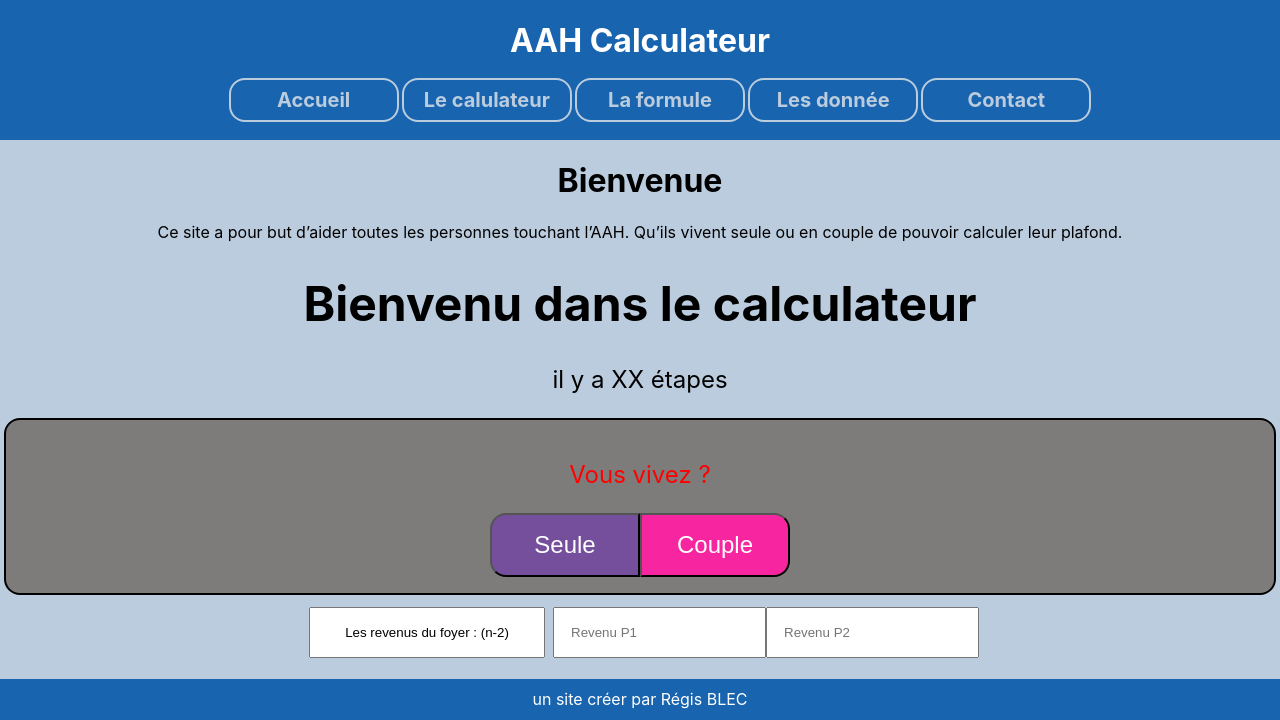
Repository: Cide74/calculateur-aah
Page: /
These files come from the project's save history. The page is drawn as it stood at one moment and after the next save; the edit follows.
The browser window is 1280 px wide. The pictures show the whole page.
The project was rebuilt for these pictures with package versions that can differ from the ones it lists, and the page was loaded fresh each time.

Above is the page before, as saved 2021-04-05 19:49:00.

### public/index.html
<!DOCTYPE html>
<html lang="fr">
  <head>
    <meta charset="utf-8" />
    <link rel="icon" href="%PUBLIC_URL%/logoAAH.ico" />
    <meta name="viewport" content="width=device-width, initial-scale=1" />
    <meta name="theme-color" content="#000000" />
    <meta
      name="description"
      content="Web site created using create-react-app"
    />
    <link rel="apple-touch-icon" href="%PUBLIC_URL%/logoAAH.jpg" />
    <!--
      manifest.json provides metadata used when your web app is installed on a
      user's mobile device or desktop. See https://developers.google.com/web/fundamentals/web-app-manifest/
    -->
    <link rel="manifest" href="%PUBLIC_URL%/manifest.json" />
    <!--
      Notice the use of %PUBLIC_URL% in the tags above.
      It will be replaced with the URL of the `public` folder during the build.
      Only files inside the `public` folder can be referenced from the HTML.

      Unlike "/favicon.ico" or "favicon.ico", "%PUBLIC_URL%/favicon.ico" will
      work correctly both with client-side routing and a non-root public URL.
      Learn how to configure a non-root public URL by running `npm run build`.
    -->
    <title>React App</title>
  </head>
  <body>
    <noscript>You need to enable JavaScript to run this app.</noscript>
    <div id="root"></div>
    <!--
      This HTML file is a template.
      If you open it directly in the browser, you will see an empty page.

      You can add webfonts, meta tags, or analytics to this file.
      The build step will place the bundled scripts into the <body> tag.

      To begin the development, run `npm start` or `yarn start`.
      To create a production bundle, use `npm run build` or `yarn build`.
    -->
  </body>
</html>

### src/index.css
body {
  margin: 0;
  font-family: -apple-system, BlinkMacSystemFont, 'Segoe UI', 'Roboto', 'Oxygen',
    'Ubuntu', 'Cantarell', 'Fira Sans', 'Droid Sans', 'Helvetica Neue',
    sans-serif;
  -webkit-font-smoothing: antialiased;
  -moz-osx-font-smoothing: grayscale;







  background-color:#BBCCDE;
  background-color:#1864AF;
}

code {
  font-family: source-code-pro, Menlo, Monaco, Consolas, 'Courier New',
    monospace;
}

### src/App.js
import Header from './components/Header/Header';
import Menu from './components/Menu/Menu';
import Main from './components/Main/Main';
import Footer from './components/Footer/Footer';

import './App.scss';

function App() {
  return (
    <div className="App">
      <Header />
      <Menu />
      <Main />
      <Footer />
    </div>
  );
}

export default App;

### src/components/Header/Header.js
//import Menu from '../Menu/Menu';
import './Header.scss';

export default function Header() {
  return (
    <div className="header">
      <h1 className="header-title">AAH Calculateur</h1>

    </div>
  );
}

### src/components/Menu/Menu.js

import './Menu.scss';

export default function Menu() {
  return (
		<nav className="menu">
			<ul className="menu__list">
				<li className="menu__item menu__item--current">
          <a className="menu__link">Accueil</a></li>
				<li className="menu__item">
          <a className="menu__link">Le calulateur</a></li>
				<li className="menu__item">
          <a className="menu__link">La formule</a></li>
				<li className="menu__item">
          <a className="menu__link">Les donnée</a></li>
				<li className="menu__item">
          <a className="menu__link">Contact</a></li>
			</ul>
		</nav>
  );
}

### src/components/Main/Main.js
import Home from '../Home/Home';
import Calculator from '../Calculator/Calculator';

import './Main.scss';

export default function Main() {
  return (
    <div className="Main">
      < Home />
      < Calculator />

    </div>
  );
}

### src/components/Footer/Footer.js
import './Footer.scss';

export default function Footer() {
  return (
    <div className="Footer">
      <h1 className="Footer-title">un site créer par Régis BLEC</h1>
    </div>
  );
}

### src/App.scss
.App {

  text-align: center;
  background-color:#1864AF ;
  background-color:#BBCCDE;

  display: flex;
  flex-direction: column;
  min-height: 100vh;

  h1 {
   // color:white;
  }
}

### src/components/Header/Header.scss
.header {
    background-color:#1864AF;
    &-title {
        color: white;
        font-size: 2em;
        background-color:#1864AF;
        margin-bottom: 0rem ;
    }
}

### src/components/Menu/Menu.scss
.menu {
    color:#BBCCDE;
    background-color:#1864AF;
    &__list {
        display:inline-flex;
    }
    &__item {
        max-width: auto;
        margin:0.1rem;
        padding: 0.5rem;
        list-style:none;
        font-size: 1.25em;
        font-weight: bolder;
        border-radius: 1rem ;
        border:2px solid #BBCCDE;
        min-width: 150px;
    }
    &__item:hover {
            color :#1864AF;
            border-radius: 3rem ;
            background-color:#BBCCDE;
        }
}

### src/components/Home/Home.js


import './Home.scss';

export default function Home() {
  return (
    <div className='Home'>
      <h1>Bienvenue</h1>
      <p>Ce site a pour but d’aider toutes les personnes touchant l’AAH. Qu’ils vivent seule ou en couple de pouvoir calculer leur plafond. </p>

    </div>
  );
}

### src/components/Calculator/Calculator.js
import React from 'react';
import { Button } from 'semantic-ui-react'

import './Calculator.scss';

export default function Calculator() {

  return (
    <div className='calculateur'>



      <h1>Bienvenu dans le calculateur</h1>
      <p>il y a XX étapes </p>
        <form className="form">

          <div className='form-situation'>
            {/*
            <input
              type='text'
              className='form-situation-text'
              //onChange= ''
              value="Votre situation:"
              name='revenu-text'
            />*/}
            <p className='form-situation-text'>Vous vivez ?</p>
            <Button
              className='form-situation-seule'
              content='Seule'
              name='Seule'
              />
            <Button
              className='form-situation-couple'
              content='Couple'
              name='Couple'
              />



          </div>
        </form>
      <form className='form'>
        <div className="field-revenu">
          <input
            type='text'
            className='field-input-revenu-text'
            onChange= ''
            value="Les revenus du foyer : (n-2)"
            name='revenu-text'
          />
          <input
            type='number'
            className='field-input-revenu'
            onChange= ''
            value=""
            //onChange={handleChange}
            placeholder='Revenu P1 '
            name='revenu1'
          />
          <input
            type='number'
            className='field-input-revenu'
            onChange= ''
            value=""
            //onChange={handleChange}
            placeholder='Revenu P2 '
            name='revenu1'
          />
        </div>
      </form>
    </div>
  );
}

### src/components/Main/Main.scss
.Main {
    background-color: #BBCCDE;
    flex: 1;


    p {
    overflow: auto;
    }

}

### src/components/Footer/Footer.scss
.Footer {

    text-align: center;
    background-color:#1864AF;

    position: relative;
    width: 100%;

    &-title {
        text-align: center;
        text-overflow: clip;
        color:white;
        font-weight: normal;
        font-size: 1em;
    }

}

### src/components/Calculator/Calculator.scss
.calculateur {
   // color:orange;
    font-size: 1.5rem;
    .form {
        text-align: center;

        &-situation{
            border:2px solid black;
            color:red;
            background-color: rgba($color: #7e7b7b, $alpha: 1.0);
            margin: 0.25rem;
            padding: 1rem;
            border-radius: 1rem
            // width:400px;
        }
        &-situation-seule {
            font-size: 1.5rem;
            color:white;
            background-color: rgb(117, 79, 155);
            border-radius: 1rem 0rem 0rem 1rem;
            margin: 0rem;
            padding: 1rem;
            width: 150px;
        }
        &-situation-couple {
            font-size: 1.5rem;
            color:white;
            background-color: rgb(247, 38, 160);
            border-radius: 0rem 1rem 1rem 0rem;
            margin: 0rem;
            padding: 1rem;
            width: 150px;
        }
    }


    .field-input-revenu {
        color:red;

        width: max-content;
        padding: 1rem;

        &-text {
            text-align: center;
            width: 200px;
            margin: 0.5rem;
            padding: 1rem;
        }}
}

Loaded but not shown: src/index.js (common file); src/reportWebVitals.js (common file); src/components/Home/Home.scss (no stored copy; drawn as an empty file)

After the next save:
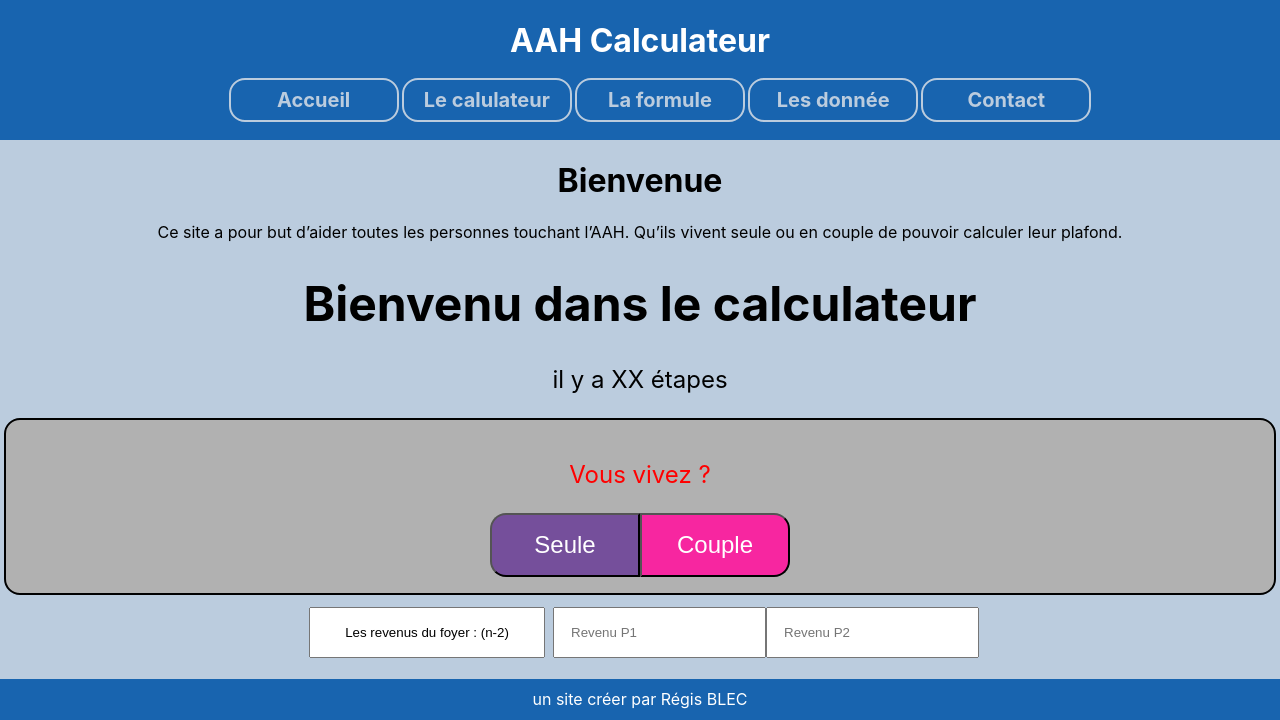
Saved 15 s later.
--- a/src/components/Calculator/Calculator.scss
+++ b/src/components/Calculator/Calculator.scss
@@ -7,7 +7,7 @@
         &-situation{
             border:2px solid black;
             color:red;
-            background-color: rgba($color: #7e7b7b, $alpha: 1.0);
+            background-color: rgba($color: #b1b1b1, $alpha: 1.0);
             margin: 0.25rem;
             padding: 1rem;
             border-radius: 1rem
